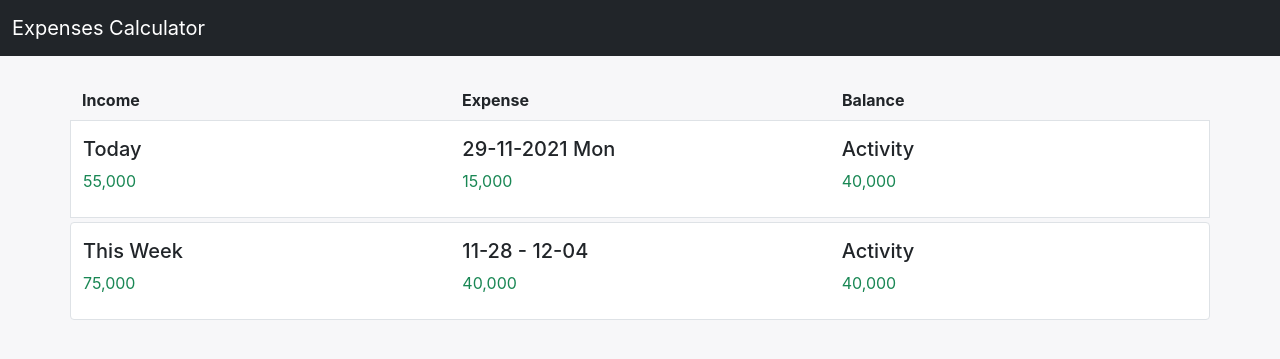
Repository: eidankhan/expenses-calculator
Page: /
The author's editor kept a copy of each file at every save. The page is drawn from the files as they stood at one save, then again after the next save.
The browser window is 1280 px wide. The pictures show the whole page.
The project was rebuilt for these pictures with package versions that can differ from the ones it lists, and the page was loaded fresh each time. Also part of the build but not shown: src/components/SaveIncome.js.

Above is the page before, as saved 2021-11-29 17:25:55.

### public/index.html
<!DOCTYPE html>
<html lang="en">
  <head>
    <meta charset="utf-8" />
    <link rel="icon" href="%PUBLIC_URL%/favicon.ico" />
    <meta name="viewport" content="width=device-width, initial-scale=1" />
    <meta name="theme-color" content="#000000" />
    <meta
      name="description"
      content="Web site created using create-react-app"
    />
    <link rel="apple-touch-icon" href="%PUBLIC_URL%/logo192.png" />
    <link rel="manifest" href="%PUBLIC_URL%/manifest.json" />
    <!-- CSS only -->
    <link
      href="https://cdn.jsdelivr.net/npm/bootstrap@5.1.3/dist/css/bootstrap.min.css"
      rel="stylesheet"
      integrity="sha384-1BmE4kWBq78iYhFldvKuhfTAU6auU8tT94WrHftjDbrCEXSU1oBoqyl2QvZ6jIW3"
      crossorigin="anonymous"
    />
    <title>Shopping Cart App</title>
  </head>
  <body>
    <noscript>You need to enable JavaScript to run this app.</noscript>
    <div id="root"></div>
    <!-- JavaScript Bundle with Popper -->
    <script
      src="https://cdn.jsdelivr.net/npm/bootstrap@5.1.3/dist/js/bootstrap.bundle.min.js"
      integrity="sha384-ka7Sk0Gln4gmtz2MlQnikT1wXgYsOg+OMhuP+IlRH9sENBO0LRn5q+8nbTov4+1p"
      crossorigin="anonymous"
    ></script>
  </body>
</html>

### src/index.css
body {
  margin: 0;
  font-family: -apple-system, BlinkMacSystemFont, 'Segoe UI', 'Roboto', 'Oxygen',
    'Ubuntu', 'Cantarell', 'Fira Sans', 'Droid Sans', 'Helvetica Neue',
    sans-serif;
  -webkit-font-smoothing: antialiased;
  -moz-osx-font-smoothing: grayscale;
}

code {
  font-family: source-code-pro, Menlo, Monaco, Consolas, 'Courier New',
    monospace;
}

body{
  background-color: #F7F7F9;
}

### src/App.js
// import {
//   BrowserRouter as Router,
//   Routes,
//   Route,
// } from "react-router-dom";

import { IncomeSummary } from "./components/IncomeSummary";
import { Navbar } from "./components/Navbar";
import { SaveIncome } from "./components/SaveIncome";

function App() {
  return (
    <>
      <Navbar />
      <div className="container my-3">
        {/* <SaveIncome/> */}
        <IncomeSummary/>
      </div>
    </>
  );
}

export default App;

### src/components/IncomeSummary.js
import React from "react";

export const IncomeSummary = () => {
  return (
    <div className="my-3">
      <div className="row">
        <div className="col-md-4 my-2 pt-2 pt-2 pt-2 ">
          {" "}
          <strong>Income</strong>{" "}
        </div>
        <div className="col-md-4 my-2 pt-2 pt-2 pt-2 ">
          {" "}
          <strong>Expense</strong>{" "}
        </div>
        <div className="col-md-4 my-2 pt-2 pt-2 pt-2 ">
          {" "}
          <strong>Balance</strong>{" "}
        </div>
      </div>
      <div className="row border rounder" style={{backgroundColor: "white"}}>
        <div className="col-md-4 my-2 pt-2 pt-2 pt-2">
          <h5> Today </h5>
          <p className="text-success"> 55,000</p>
        </div>
        <div className="col-md-4 my-2 pt-2 pt-2 pt-2">
          <h5> 29-11-2021 Mon </h5>
          <p className="text-success"> 15,000</p>
        </div>
        <div className="col-md-4 my-2 pt-2 pt-2 pt-2">
          <h5> Activity </h5>
          <p className="text-success"> 40,000</p>
        </div>
      </div>
      <div className="row border rounded my-1" style={{backgroundColor: "white"}}>
        <div className="col-md-4 my-2 pt-2 pt-2 pt-2">
          <div className="cards">
            <h5> This Week </h5>
            <p className="text-success"> 75,000</p>
          </div>
        </div>
        <div className="col-md-4 my-2 pt-2 pt-2 pt-2">
          <h5> 11-28 - 12-04 </h5>
          <p className="text-success"> 40,000</p>
        </div>
        <div className="col-md-4 my-2 pt-2 pt-2 pt-2">
          <h5> Activity </h5>
          <p className="text-success"> 40,000</p>
        </div>
      </div>
    </div>
  );
};

### src/components/Navbar.js
import React from "react";

export const Navbar = () => {
  return (
    <nav className="navbar navbar-dark bg-dark">
      <div className="container-fluid">
        <a className="navbar-brand" href="/" > Expenses Calculator</a>

        {/* <form className="d-flex">
          <input
            className="form-control me-2"
            type="search"
            placeholder="Search"
            aria-label="Search"
          />
          <button className="btn btn-outline-success" type="submit">
            Search
          </button>
        </form> */}

      </div>
    </nav>
  );
};

Loaded but not shown: src/index.js (common file)

After the next save:
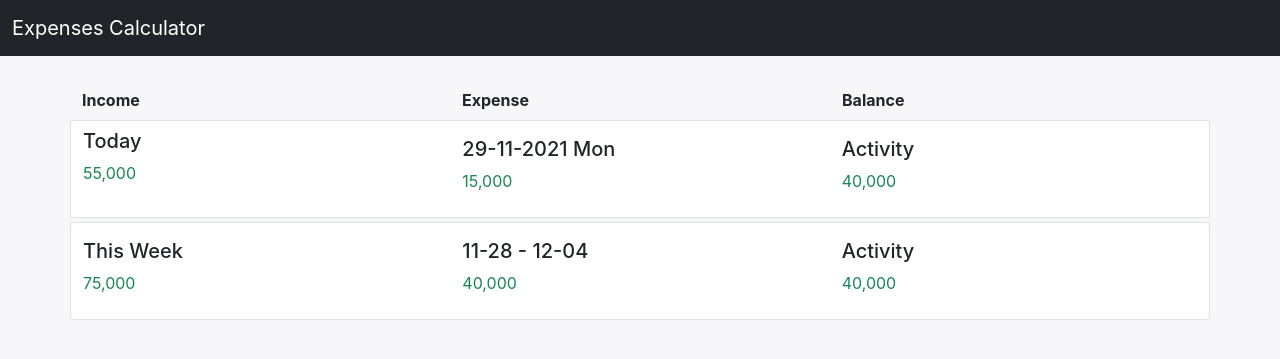
Saved 51 s later.
--- a/src/components/IncomeSummary.js
+++ b/src/components/IncomeSummary.js
@@ -18,7 +18,7 @@
         </div>
       </div>
       <div className="row border rounder" style={{backgroundColor: "white"}}>
-        <div className="col-md-4 my-2 pt-2 pt-2 pt-2">
+        <div className="col-md-4  pt-2 pt-2 pt-2">
           <h5> Today </h5>
           <p className="text-success"> 55,000</p>
         </div>

After the 3 saves that followed:
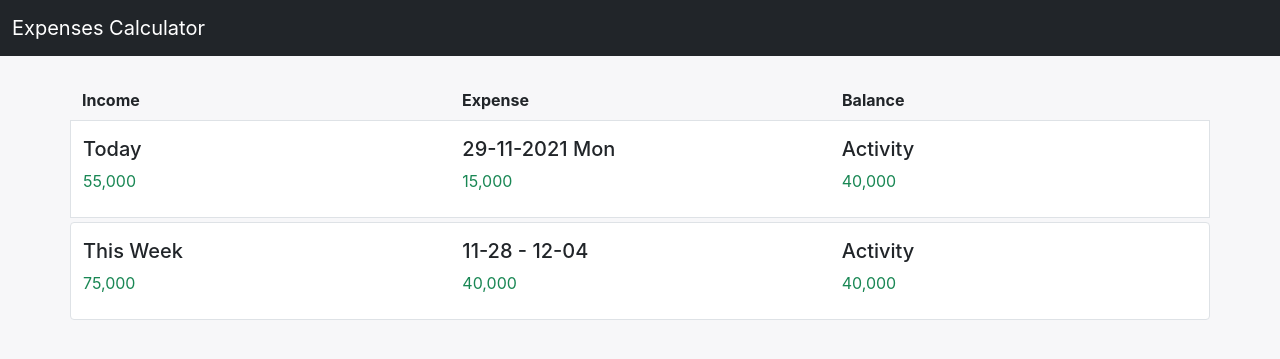
The 3 saves are shown as one change because 2 left the picture as it was.
The last was saved 85 s later.
--- a/src/components/IncomeSummary.js
+++ b/src/components/IncomeSummary.js
@@ -18,7 +18,7 @@
         </div>
       </div>
       <div className="row border rounder" style={{backgroundColor: "white"}}>
-        <div className="col-md-4  pt-2 pt-2 pt-2">
+        <div className="col-md-4 my-2 pt-2 pt-2 pt-2" m>
           <h5> Today </h5>
           <p className="text-success"> 55,000</p>
         </div>
